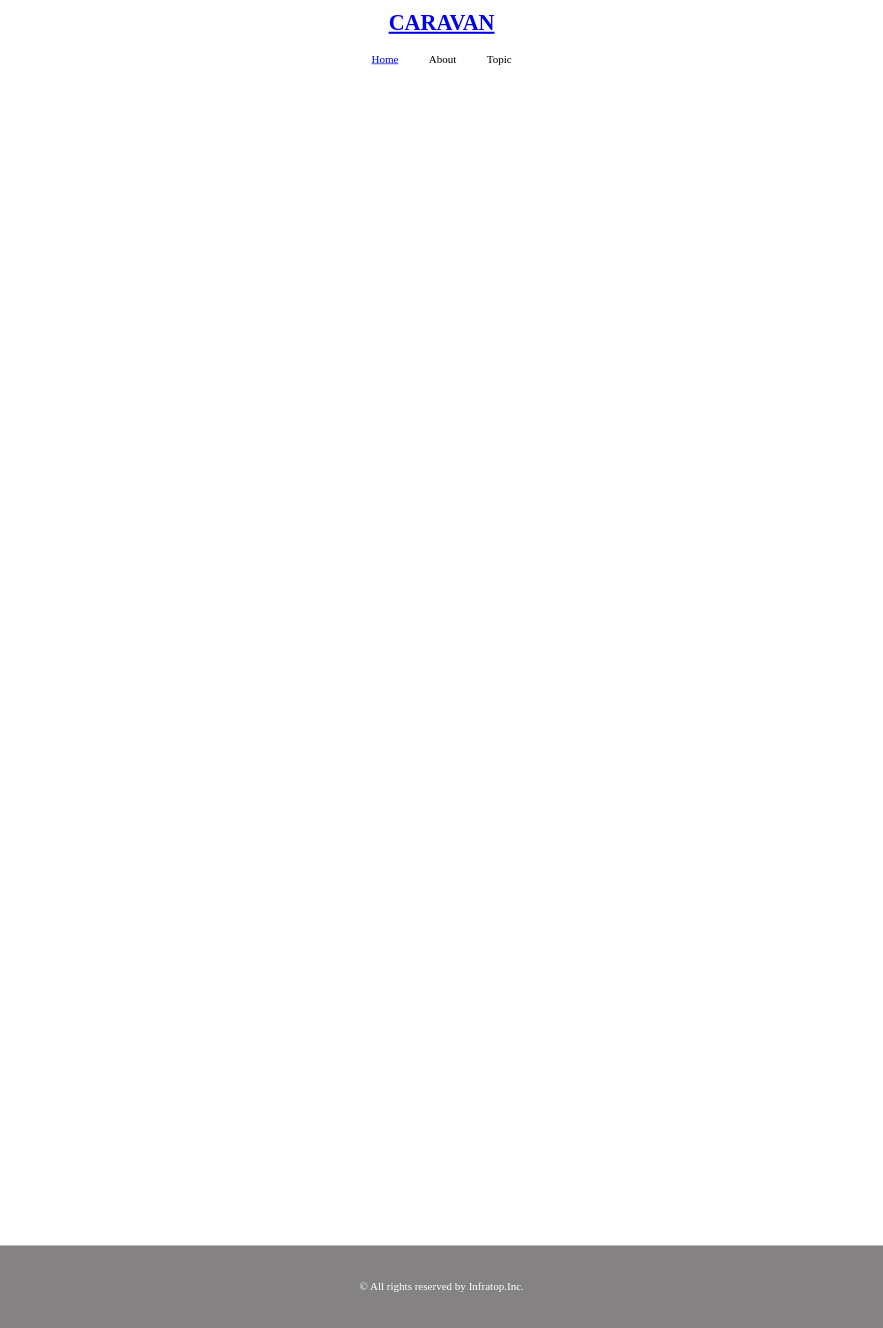
Repository: decknoboh/exercise1-8
Page: caravan/index.html
The author's editor kept a record of every edit. The page is drawn from the files as they stood at one moment, then again after the next edit.
The browser window is 1280 px wide. The pictures show the whole page, at 69% of full size.

Above is the page before.

After the next edit:
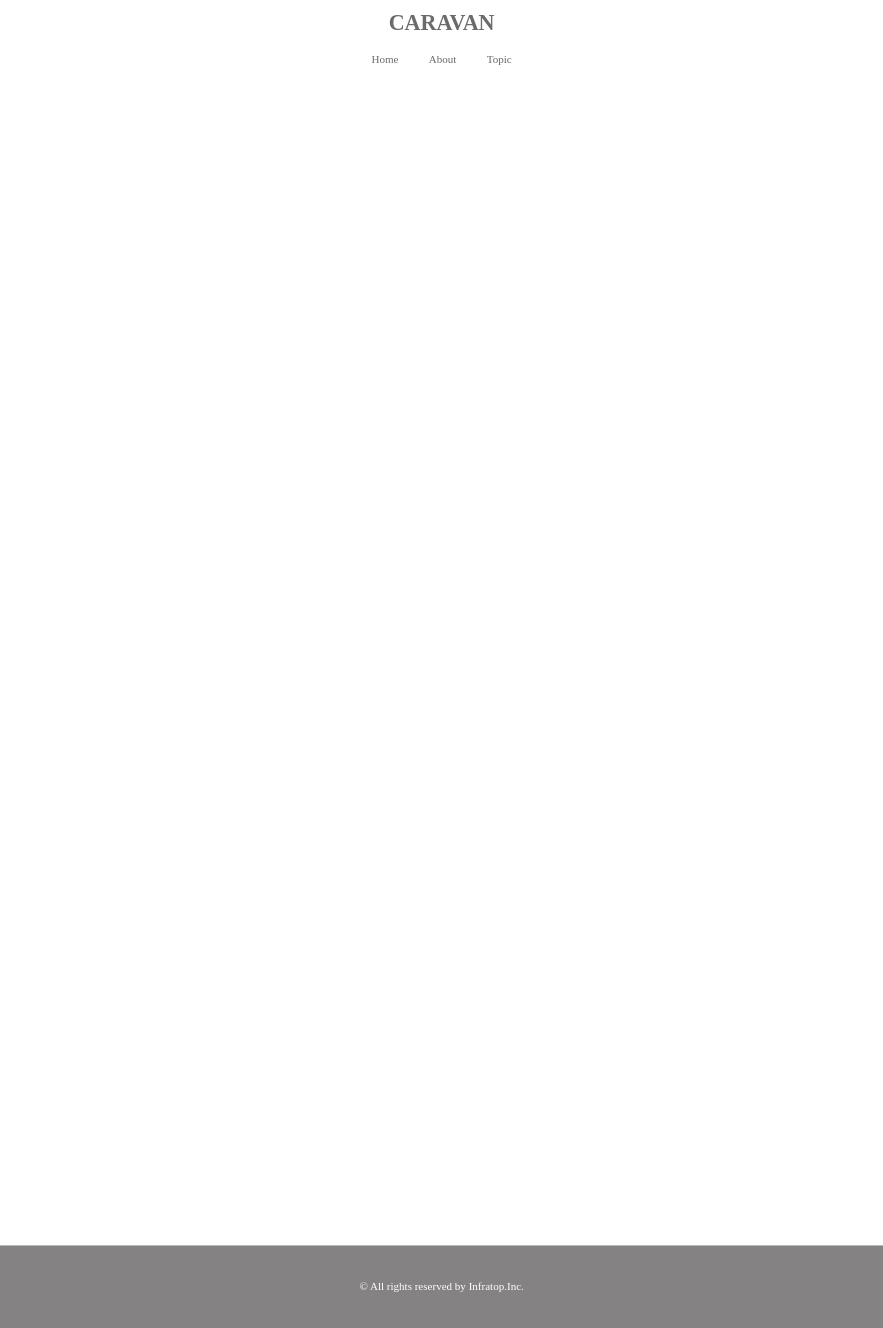
The edit:
--- a/caravan/style.css
+++ b/caravan/style.css
@@ -2,6 +2,11 @@
   margin: 0;
   padding: 0;
   box-sizing: border-box;
+  color: #6c6b6b;
+}
+
+a{
+  text-decoration: none;
 }
 
 header{
